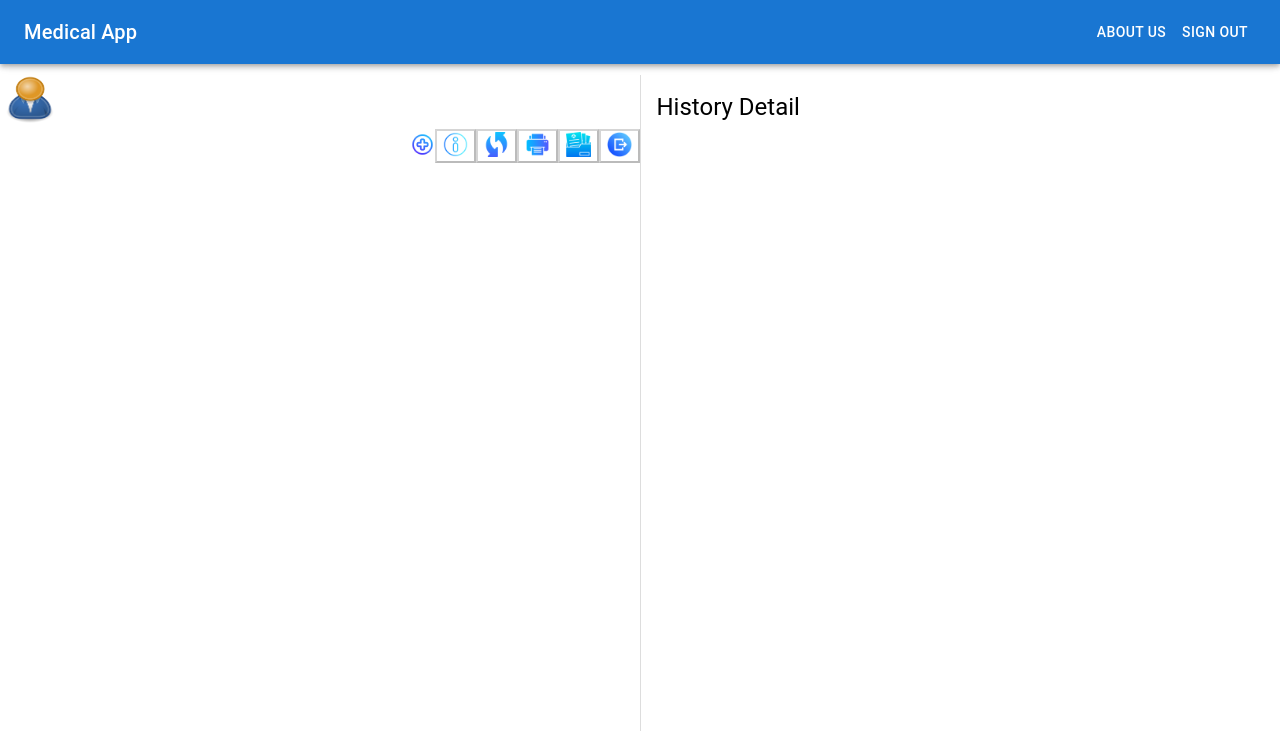
Repository: sshaiv/demo_project
Page: /
The author's editor kept a copy of each file at every save. The page is drawn from the files as they stood at one save, then again after the next save.
The browser window is 1280 px wide. The pictures show the whole page.
The project was rebuilt for these pictures with package versions that can differ from the ones it lists, and the page was loaded fresh each time.

Above is the page before, as saved 2024-08-12 20:44:13.

After the next save:
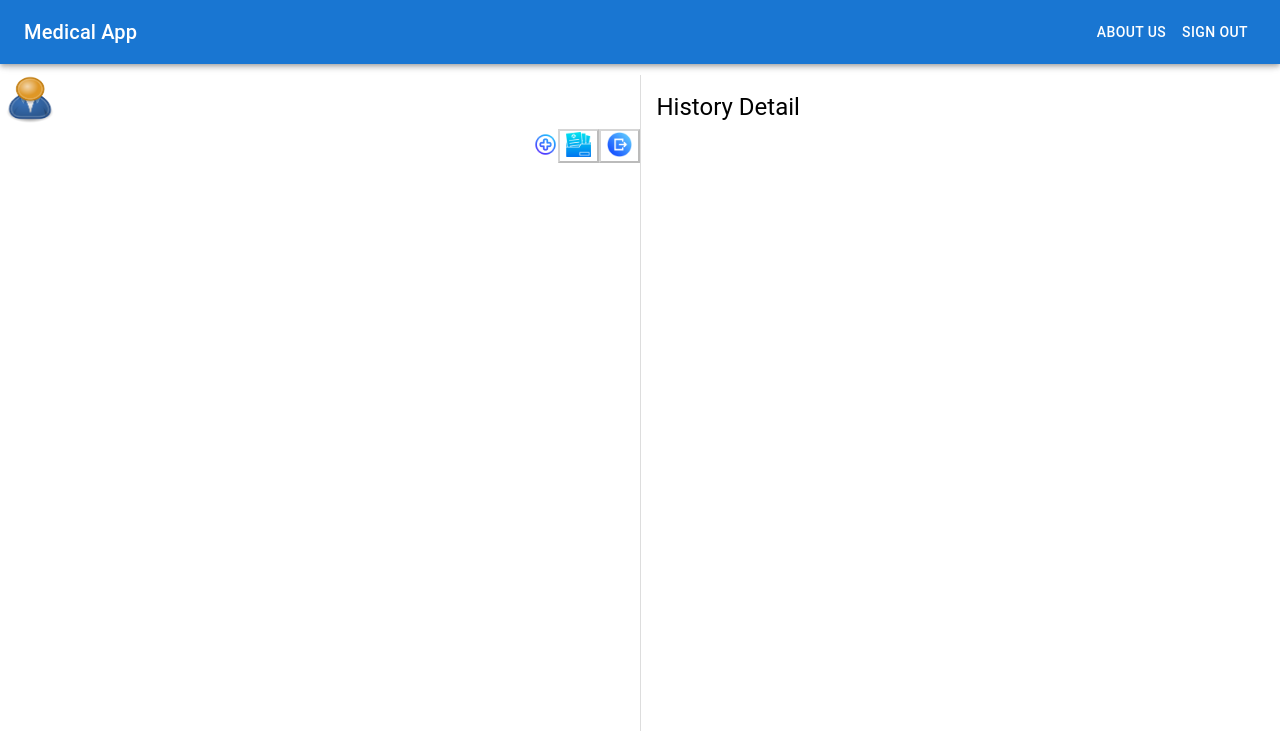
Saved 17 s later.
--- a/src/components/NursingHeader.js
+++ b/src/components/NursingHeader.js
@@ -36,21 +36,7 @@ const NursingHeader = () => {
         <div className="col-md-6" style={{ textAlign: "right" }}>
 
            <img src="/assets/addpatients.png" style={{ width: "25px", height: "25px" }} alt="ADD" />
-          <Button
-            imgSrc="/Images/docExmnpics/info-button.png"
-            disabled
-          />
-          <Button
-            imgSrc="/Images/docExmnpics/refresh.png"
-            // onClick={OnRefreshDocExmn}
-            disabled
-          />
-          <Button
-            id="btnDocExmnPrintData"
-            imgSrc="/Images/docExmnpics/printer.png"
-            // onClick={ToGetReportDoctorExmnData}
-            disabled
-          />
+
           <Button
             id="btnMRDAdd"
             imgSrc="/Images/docExmnpics/folder.png"
